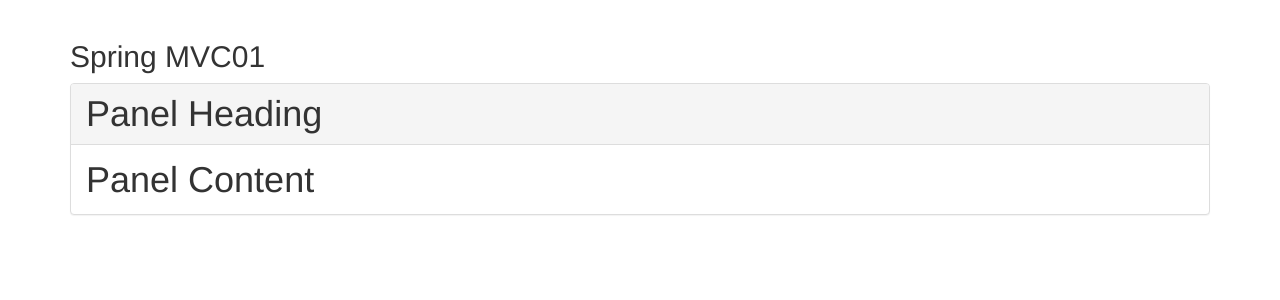
Repository: Hyerim-Ryu/Spring-
Page: http://localhost/SpringMVC01/boardList.do
These files come from the project's save history. The page is drawn as it stood at one moment and after the next save; the edit follows.
The browser window is 1280 px wide. The pictures show the whole page.
The page is served by Tomcat 9.

Above is the page before, as saved 2023-09-05 01:46:20.

After the next save:
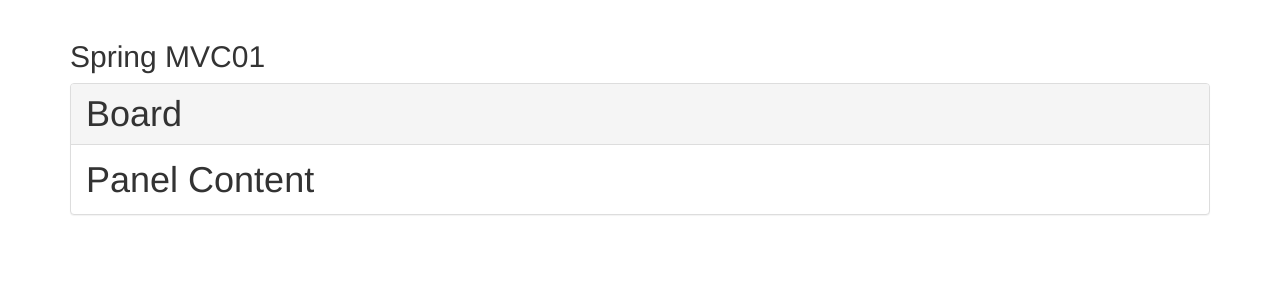
Saved 22 s later.
--- a/workspace.edu/SpringMVC01/src/main/webapp/WEB-INF/views/boardList.jsp
+++ b/workspace.edu/SpringMVC01/src/main/webapp/WEB-INF/views/boardList.jsp
@@ -15,7 +15,7 @@
 		<div class="container">
 		  <h2>Spring MVC01</h2>
 			  <div class="panel panel-default">
-			    <div class="panel-heading">Panel Heading</div>
+			    <div class="panel-heading">Board</div>
 			    <div class="panel-body">Panel Content</div>
 		  </div>
 		</div>
